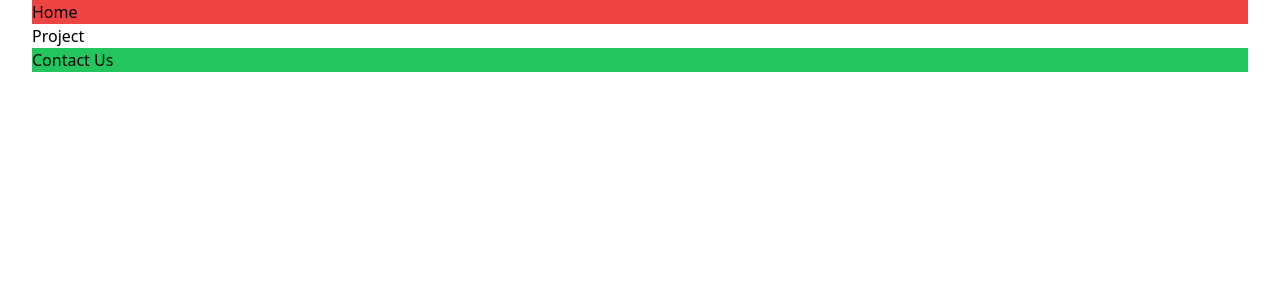
Repository: ashut6138/RozarpayClone
Page: Desktop/RozarpayClone/index.html
These files come from the project's save history. The page is drawn as it stood at one moment and after a run of saves; the edit follows.
The browser window is 1280 px wide. The pictures show the whole page.
Some web libraries are served in a nearby version.

Above is the page before, as saved 2025-01-21 23:12:09.

### Desktop/RozarpayClone/index.html
<!DOCTYPE html>
<html lang="en">
<head>
    <meta charset="UTF-8">
    <meta name="viewport" content="width=device-width, initial-scale=1.0">
    <title>tailwind intro</title>
    <link rel="stylesheet" href="./main.css">
    <script src="https://cdn.tailwindcss.com"></script>
</head>
<body>
    <nav>
        <ul class="mx-4">
            <li class="mx-4 bg-red-500">Home</li>
            <li class="mx-4 bg-white">Project</li>
            <li class="mx-4 bg-green-500">Contact Us</li>
        </ul>
    </nav>

</body>
</html>

Loaded but not shown: Desktop/RozarpayClone/main.css (common file)

After the next 6 saves:
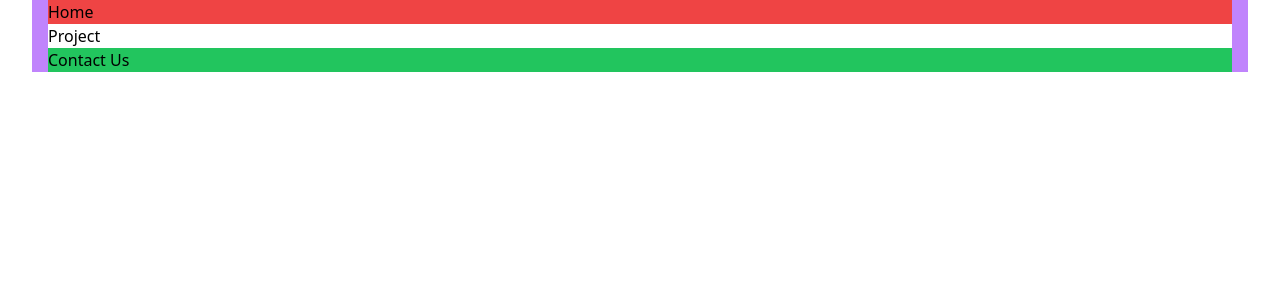
The 6 saves are shown as one change because they came seconds apart.
The last was saved 20 s later.
--- a/Desktop/RozarpayClone/index.html
+++ b/Desktop/RozarpayClone/index.html
@@ -9,7 +9,7 @@
 </head>
 <body>
     <nav>
-        <ul class="mx-4">
+        <ul class="mx-8 bg-purple-400">
             <li class="mx-4 bg-red-500">Home</li>
             <li class="mx-4 bg-white">Project</li>
             <li class="mx-4 bg-green-500">Contact Us</li>
